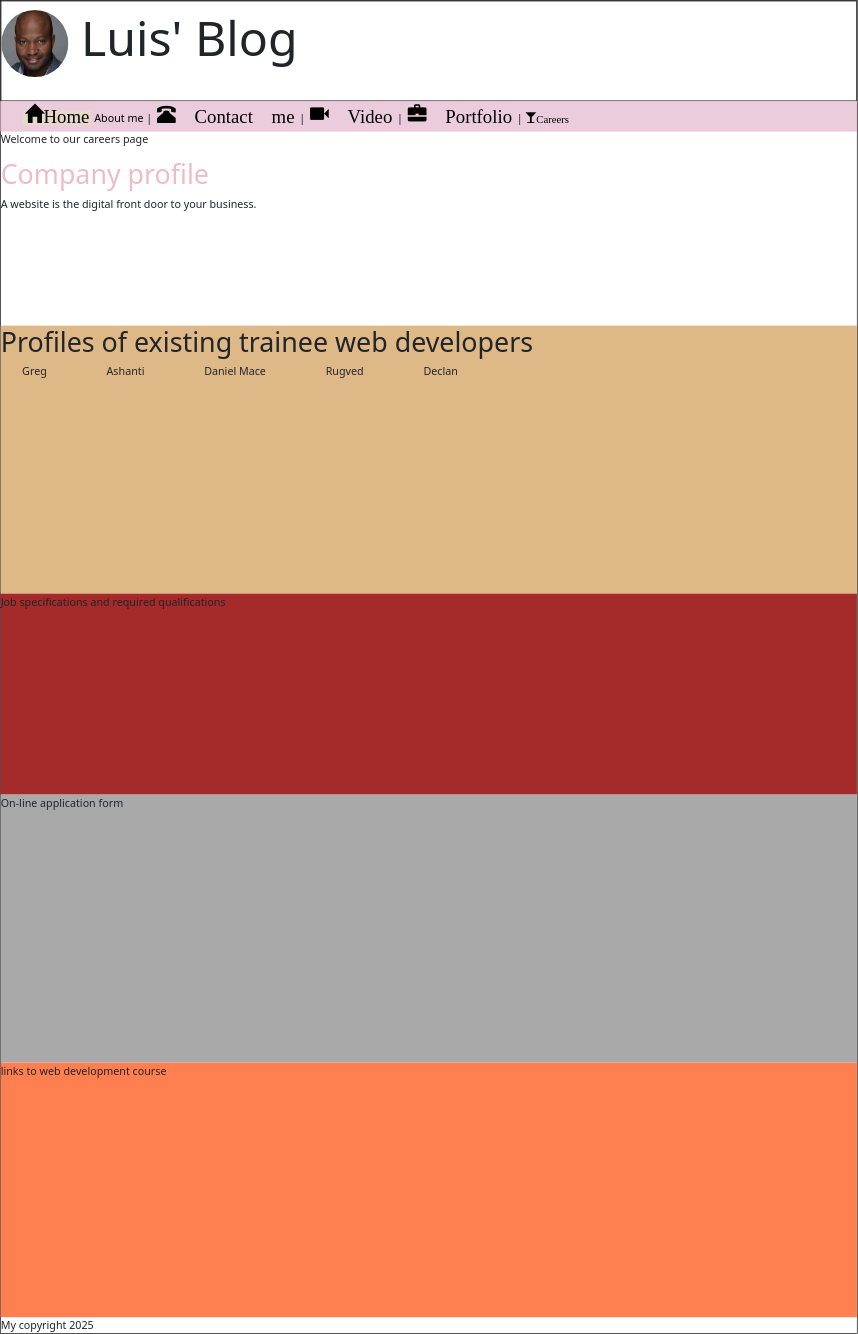
Repository: wduluis/wduluis.github.io
Page: careers.html
These files come from the project's save history. The page is drawn as it stood at one moment and after the next save; the edit follows.
The browser window is 1280 px wide. The pictures show the whole page, at 67% of full size.

Above is the page before, as saved 2025-05-09 12:08:57.

### careers.html
<!doctype html>
<html lang="en-GB">

<head>
<meta charset="utf-8" />
<meta name="viewport" content="width=width-device, initial-scale=1 strink-to-fit=no" />
<meta description="Website development, Web design" />
<title>Luis's Blog </title>
<link rel="stylesheet" type="text/css" href="mycss/myblog.css" />
<script type="text/javascript" src="myjsfiles/mytasks.js"/> </script>

<link rel="stylesheet" type="text/css" href="my_bootstrap/css/bootstrap.min.css" />

<link rel="stylesheet" type="text/css" href="glyphicons-only-bootstrap/css/bootstrap.min.css" />

<script type="text/javascript" src="my_bootstrap/js/bootstrap.min.js" /> </script>

<script type="text/javascript" src="my_jquery/jquery-3.7.1.min.js" /> </script>




</head>
<body>
<div id="mypage">
<div id="banner"> <img src="images/luis_photo.jpg" alt="photo of Luis Ibhiabor" width="100" height="100"/> Luis' Blog</div>
<div id="topnav">
<ul>
<li class="hm"> <a href="index.html" class="glyphicon glyphicon-home gi-2x">Home</a></li>
<li> <a href="aboutus.html"> About me </a> </li> |
<li> <a href="contacts.html" class="glyphicon glyphicon-phone-alt gi-2x"> Contact me </a> </li> |
<li> <a href="video.html" class="glyphicon glyphicon glyphicon-facetime-video gi-2x"> Video </a> </li> |
<li> <a href="portfolio.html" class="glyphicon glyphicon glyphicon-briefcase gi-2x"> Portfolio </a> </li> |
<li> <a href="careers.html" class="glyphicon glyphicon-glass g1-2x">Careers</a></li>

</ul>
</div>

<div id="contentarea">
<p> Welcome to our careers page</p>

<div class="company_profile">
    <h1>Company profile</h1>
    <p>A website is the digital front door to your business.</p>


</div>

<div class="current_trainees"><h1>Profiles of existing trainee web developers</h1>
<ul>
    <li class="name">Greg</li>
    <li class="name">Ashanti</li>
    <li class="name">Daniel Mace</li>
    <li class="name">Rugved</li>
    <li class="name">Declan</li>
</ul>


</div>

<div class="job_spec"><p>Job specifications and required qualifications</p></div>
<div class="application_form"><p>On-line application form</p></div>

<div class="our_courses"><p>links to web development course</p></div>

 </div>

<div id="pagefooter"> My copyright 2025 </div>

</div>
</body>
</html>

### mycss/myblog.css

body {
background-color: #fff;
font-family: Arial, Helvetica, sans-serif;
}

#mypage {
border: 1px solid #000;
/* width: 1400px; */
width: 100%;
}

#banner {
height: 150px;
border: 1px solid #000;
}

#topnav {
height: 45px;
border: 1px solid #edbcca;
}

/*Improving it starts here*/
#topnav {
background-color: #eaccdc;

}

.gi-2x{font-size: 28px; padding: 3px;}
.gi-3x{font-size: 3em;}
.gi-4x{font-size: 4em;}
.gi-5x{font-size: 5em;}


#banner img {
border-radius: 50%;

/*height: 100px; width: 100px; background-color: #ff5733; margin: auto;*/
}

/*Improving it ends here*/


#topnav ul li{
text-decoration: none;
display: inline;
}

#topnav a:link {
text-decoration: none;
color: #000;
}

#topnav a:visited {
color: #caadce;
}

#topnav a:hover {
background-color: #000;
}

#contentarea {
height: auto;
/* height: 700px; */

}


#banner {
font-size: 450%;

}

.hm {
height: 25px;
background-color: #e8d8c8;
}




/*
#topnav ul li {
text-decoration: none;
display: inline;

}

https://developers.google.com/fonts/docs/getting_started

#mypage {


border: 1px solid #000;
}

*/

.company_profile {
    width: 100%;
    height: 250px;
    /* background-color: #c8def2; */
    /* border-radius: 8px;
    margin: 10px; */
}

.current_trainees {
    width: 100%;
    height: 400px;
    background-color:burlywood;
}

.job_spec {
    width: 100%;
    height: 300px;
    background-color:brown;
}

.application_form {
    width: 100%;
    height: 400px;
    background-color:darkgray;
}

.our_courses {
    width: 100%;
    height: 380px;
    background-color: coral;
}

.current_trainees ul li{
    display: inline;
    margin-right: 85px;
}

.company_profile h1 {
    color: #edbcca;
}

### myjsfiles/mytasks.js
/*
document.write("Hello World!");
window.alert("Welcome to my blog!");
*/

Loaded but not shown: my_bootstrap/css/bootstrap.min.css (library); glyphicons-only-bootstrap/css/bootstrap.min.css (library); my_bootstrap/js/bootstrap.min.js (library); my_jquery/jquery-3.7.1.min.js (library)

After the next save:
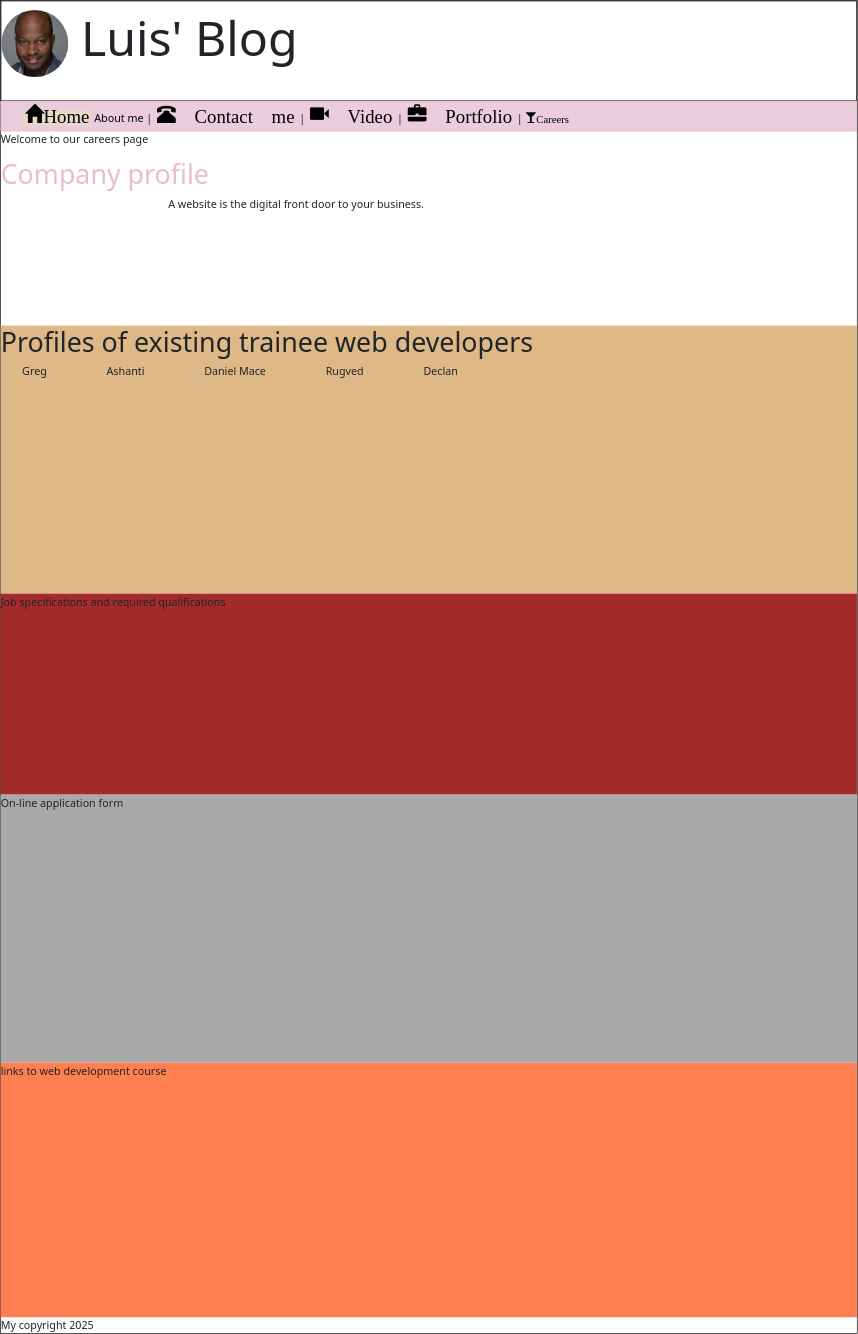
Saved 2 min 31 s later.
--- a/mycss/myblog.css
+++ b/mycss/myblog.css
@@ -136,3 +136,7 @@ border: 1px solid #000;
 .company_profile h1 {
     color: #edbcca;
 }
+
+.company_profile p {
+     padding-left: 250px;
+}
